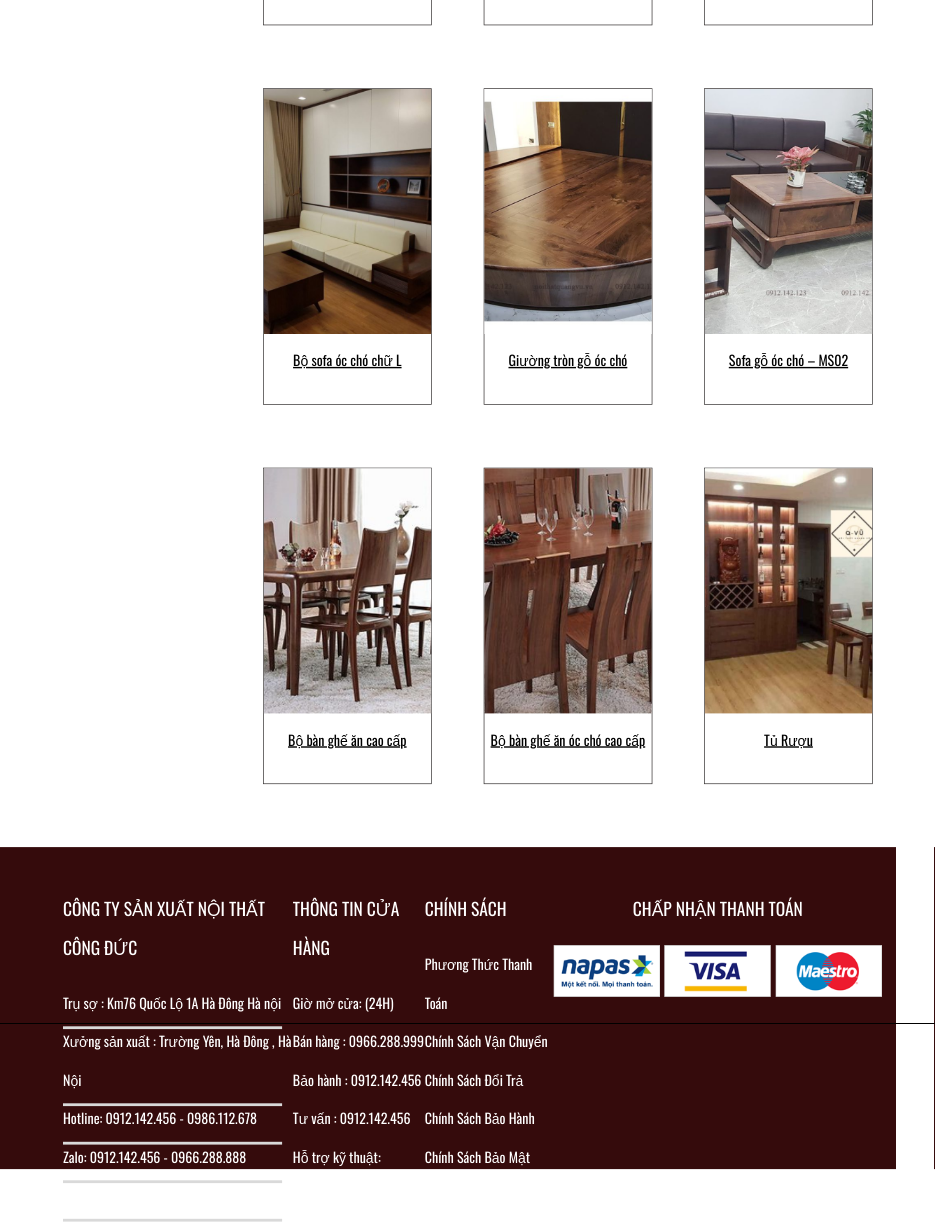
Repository: KHANHD192/FigmaTo-HTML
Page: APP-SHOP/ctdtc.html
An editor plug-in stored every save of this project. The page is shown before and after the next save, followed by the edit.
The browser window is 1280 px wide. The page is 1335 px wide, so the pictures cover 1335 px, including what lies to the right of the window. The pictures show the part of the page from y = 1443 to 3283 px (the page is 3188 px tall before and 3283 px after), at 70% of full size.

Above is the page before, as saved 2022-11-22 01:15:58.

### APP-SHOP/ctdtc.html
<!DOCTYPE html>
<html lang="en">
<head>
    <meta charset="UTF-8">
    <meta http-equiv="X-UA-Compatible" content="IE=edge">
    <meta name="viewport" content="width=device-width, initial-scale=1.0">
    <title>Công trình đã thi công</title>
    <link rel="stylesheet" href="https://cdnjs.cloudflare.com/ajax/libs/normalize/8.0.1/normalize.min.css" integrity="sha512-NhSC1YmyruXifcj/KFRWoC561YpHpc5Jtzgvbuzx5VozKpWvQ+4nXhPdFgmx8xqexRcpAglTj9sIBWINXa8x5w==" crossorigin="anonymous" referrerpolicy="no-referrer" />
    <link rel="stylesheet" href="./asset/Css_main/base.css">
    <link rel="stylesheet" href="./asset/Css_main/main.css">
    <link rel="preconnect" href="https://fonts.googleapis.com">
     <link rel="preconnect" href="https://fonts.gstatic.com" crossorigin>
     <style>
        html{
            font-family: 'Oswald', sans-serif;
        }
        .header__background{
       height: 300px;
       position:relative;
         }
         .header__background-heading{
            position:absolute;
            font-size: 40px;
            line-height: 74.1px;
            color: white;
            top:30%;
            left:50%;
            transform: translate(-50%,-50%);
         }
         .app__container1{
            margin-top: 115px;
            display:flex;
         }
         .container__category{
            width:335px;
            height:377px;
            margin-left: 45px;
         }
         .container__category .category__title{
                   font-size: 28px;
         }
         .category__title +p {
            margin:10px 0 10px 0;
            font-size:24px;
         }
         .category__list{
            list-style: none;
            font-size: 20px;
            padding: 0;
         }
         .category__list li{
            margin-bottom: 10px;
         }
         .container__content{
            margin-right: -55px;
         }
         .container__content .collect1 .list__item li {
            margin-bottom : 80px;
         }
     </style>
</head>
<body>
    <div class="app">
        <header class="app__header">
            <div class="header__nav-bar">
               <ul class="nav-bar__item">
                   <li>
                       <a href="./index.html" class="nav-bar__item-link">Trang chủ</a>
                   </li>
                   <li>
                       <a href="#" class="nav-bar__item-link">Sản phẩm</a>
                   </li>
                   <li>
                       <a href="./ctdtc.html" class="nav-bar__item-link">Công trình đã thi công</a>
                   </li>
                   <li>
                       <a href="./tintuc.html" class="nav-bar__item-link">Tin tức</a>
                   </li>
               </ul>
               <ul class="nav-bar__icon">
                   <li>
                       <img src="./asset/IMG/image 3.png" alt="" class="logo">
                   </li>
                   <li>
                       <img src="./asset/IMG/image 2.png" alt="" class="logo">
                   </li>
               </ul>
            </div>
            <div class="header__background">
                <h1 class="header__background-heading">CÔNG TRÌNH ĐÃ THI CÔNG</h1>
                <img src="./asset/IMG/duy-vo-o1NR2qetaG0-unsplash.jpg" alt="background">
            </div>
         </header>
         <div class="app__container1">
            <div class="container__category">
                   <h2 class="category__title">DANH MỤC SẢN PHẨM </h2>
                    <p class=" address__item">Công trình đã thi công</p>
                    <ul class="category__list">
                        <li class="item__list address__item">
                            Kệ óc chó
                        </li>
                        <li class="item__list address__item">
                            Phòng bếp
                        </li>
                        <li class="item__list address__item">
                            Phòng khách
                        </li>
                        <li class="item__list address__item">
                            Phòng ngủ
                        </li>
                    </ul>
            </div>
            <div class="container__content">
                <div class="collect1">
                    <ul class="list__item">
                        <li>
                            <div class="wrap__image">
                                <img src="./asset/IMG/image 5 (17).png" alt="" class="item__image">
                            </div>
                            <a href="https://noithatquangvu.vn/san-pham/giuong-tron/" class="item__image-link">Giường tròn</a>
                        </li>
                        <li>
                              <div class="wrap__image">
                                <img src="./asset/IMG/image 5 (18).png" alt="" class="item__image">
                              </div>
                            <a href="https://noithatquangvu.vn/san-pham/sofa-oc-cho/" class="item__image-link">Sofa óc chó MS11</a>
                        </li>
                        <li>
                             <div class="wrap__image">
                                <img src="./asset/IMG/image 5 (19).png" alt="" class="item__image">
                             </div>
                            <a href="https://noithatquangvu.vn/san-pham/sofa-go-oc-cho-chu-j/" class="item__image-link">Sofa gỗ óc chó chữ J</a>
                        </li>

                    </ul>
                </div>
                <div class="collect1">
                    <ul class="list__item">
                        <li>
                            <div class="wrap__image">
                                <img src="./asset/IMG/image 5 (9).png" alt="" class="item__image">
                            </div>
                            <a href="https://noithatquangvu.vn/san-pham/tu-bep-go-oc-cho/" class="item__image-link">Tủ bếp gỗ óc chó
                            </a>
                        </li>
                        <li>
                              <div class="wrap__image">
                                <img src="./asset/IMG/image 5 (14).png" alt="" class="item__image">
                              </div>
                            <a href="https://noithatquangvu.vn/san-pham/bo-sofa-go-oc-cho-ms10/" class="item__image-link"> Bộ sofa óc chó chữ L
                            </a>
                        </li>
                        <li>
                             <div class="wrap__image">
                                <img src="./asset/IMG/image 5 (15).png" alt="" class="item__image">
                             </div>
                            <a href="https://noithatquangvu.vn/san-pham/giuong-tron-go-oc-cho/" class="item__image-link">Giường tròn gỗ óc chó
                            </a>
                        </li>

                    </ul>
                </div>
                <div class="collect1">
                    <ul class="list__item">
                        <li>
                            <div class="wrap__image">
                              <img src="./asset/IMG/image 5 (14).png" alt="" class="item__image">
                            </div>
                          <a href="https://noithatquangvu.vn/san-pham/bo-sofa-go-oc-cho-ms10/" class="item__image-link"> Bộ sofa óc chó chữ L
                          </a>
                      </li>
                      <li>
                           <div class="wrap__image">
                              <img src="./asset/IMG/image 5 (15).png" alt="" class="item__image">
                           </div>
                          <a href="https://noithatquangvu.vn/san-pham/giuong-tron-go-oc-cho/" class="item__image-link">Giường tròn gỗ óc chó
                          </a>
                      </li>
                      <li>
                         <div class="wrap__image">
                          <img src="./asset/IMG/image 5 (16).png" alt="" class="item__image">
                         </div>
                          <a href="https://noithatquangvu.vn/san-pham/sofa-go-oc-cho-ms02/" class="item__image-link">Sofa gỗ óc chó – MS02

                          </a>
                      </li>

                    </ul>
                </div>
                <div class="collect1">
                    <ul class="list__item">
                        <li>
                            <div class="wrap__image">
                              <img src="./asset/IMG/image 5 (21).png" alt="" class="item__image">
                            </div>
                          <a href="https://noithatquangvu.vn/san-pham/bo-ban-ghe-an-cao-cap/" class="item__image-link"> Bộ bàn ghế ăn cao cấp
                          </a>
                      </li>
                      <li>
                           <div class="wrap__image">
                              <img src="./asset/IMG/image 5 (22).png" alt="" class="item__image">
                           </div>
                          <a href="https://noithatquangvu.vn/san-pham/bo-ban-ghe-an-oc-cho-cao-cap/" class="item__image-link">Bộ bàn ghế ăn óc chó cao cấp
                          </a>
                      </li>
                      <li>
                         <div class="wrap__image">
                          <img src="./asset/IMG/image 5 (23).png" alt="" class="item__image">
                         </div>
                          <a href="https://noithatquangvu.vn/san-pham/tu%cc%89-ruo%cc%a3u/" class="item__image-link">Tủ Rượu

                          </a>
                      </li>

                    </ul>
                </div>
            </div>
         </div>
         <footer class="app__footer">
            <div class="footer__addres">
                <p class="addres__title">CÔNG TY SẢN XUẤT NỘI THẤT CÔNG ĐỨC</p>
                <ul>
                    <li class="address__item" >Trụ sợ : Km76 Quốc Lộ 1A Hà Đông Hà nội</li>
                    <li class="address__item">Xưởng sản xuất : Trường Yên, Hà Đông , Hà Nội</li>
                    <li class="address__item">Hotline: 0912.142.456 - 0986.112.678 </li>
                    <li class="address__item">Zalo: 0912.142.456 - 0966.288.888</li>
                    <li class="address__item">
                        <a href="noithatcongduc.com.vn">Website: noithatcongduc.com.vn</a>
                    </li>
                </ul>
            </div>
            <div class="footer__info">
                <p class="addres__title">THÔNG TIN CỬA HÀNG </p>
                <ul>
                    <li> Giờ mở cửa: (24H)</li>
                    <li>Bán hàng : 0966.288.999</li>
                    <li> Bảo hành : 0912.142.456 </li>
                    <li>Tư vấn : 0912.142.456</li>
                    <li class="info__item">
                        <a href="tel:098.611.2158">Hỗ trợ kỹ thuật: 098.611.2158</a>
                    </li>
                </ul>
            </div>
            <div class="footer__term">
                <p class="addres__title">CHÍNH SÁCH</p>
                <ul>
                    <li>Phương Thức Thanh Toán</li>
                    <li>Chính Sách Vận Chuyển</li>
                    <li>Chính Sách Đổi Trả </li>
                    <li>Chính Sách Bảo Hành</li>
                    <li>
                        Chính Sách Bảo Mật Thông Tin
                    </li>
                </ul>
            </div>
            <div class="footer__payal">
                <p class="addres__title">CHẤP NHẬN THANH TOÁN</p>
                <ul class="payal__item">
                    <li>
                           <img src="./asset/IMG/image 8.png" alt="Phương thức thanh toán">
                    </li>
                </ul>
            </div>
        </footer>
    </div>
</body>
</html>

### APP-SHOP/asset/Css_main/base.css
@import url('https://fonts.googleapis.com/css2?family=Oswald&family=Roboto:wght@100&display=swap');
/* header */
html{
    font-size: 62.5%;
    box-sizing: border-box;
    font-family: 'Oswald', sans-serif;
}
.app{
    max-width: 1800px;
}
.app__header{

}
.header__nav-bar{
      display: flex;
      justify-content: space-between;
      height: 60px;
      background-color: #3C1700;;
}
.nav-bar__item {
    width: 603px;
    height: 30px;
    list-style: none;
    display: flex;
    font-family: 'Oswald', sans-serif;
    font-size: 20px;
    line-height: 29.64px;
    margin-top: 15px;
    margin-bottom: 15px ;
    margin-left: 63px;
}
.nav-bar__item-link{
    text-decoration: none;
    color: #FFFFFF;
    margin-right: 28px;
}
.header__nav-bar:not(:last-child){
    margin-right: 0;
}
.nav-bar__icon{
    list-style: none;
    display: flex;
    margin-top: 15px;
    margin-bottom: 15px ;
    margin-right: 15px;
}
.logo{
    width: 30px;
    height: 30px;
}
.logo:last-child{
    margin-left: 22px;
}
.header__background{
    width:100%;
    height: 420px;
}
.header__background img{
    width: 100%;
    height: 100%;
    object-fit: cover;
}
/* footer */
footer{
    max-width: 1800px;
    height:460px;
    background-color: #350B0C;
    color: #FFFFFF;
}
footer ul{
    list-style: none;
    padding: 0;
    font-size: 20px;
}
.app__footer{
    display:flex;
    justify-content: space-between;
}
.addres__title{
    font-size: 25px;
}
.footer__addres , .footer__info ,.footer__term ,.footer__payal{
    margin-top:35px;
}
.footer__addres{
    max-width: 508px;
    height:375px;
    margin-left:90px;
   line-height: 55px;
}
.address__item{
    position: relative;
}
.address__item::after{
    content: "";
    position: absolute;
    width: 313px;
    height: 4px;
    background-color: #D9D9D9;
    left:0;
    bottom: -10px;
}
.address__item a ,.info__item a {
    text-decoration: none;
    color:#FFFFFF;
}
 .footer__info{
    max-width: 412px;
    height: 356px;
    line-height: 55px;
 }
 .footer__term{
    max-width: 260px;
    height: 356px;
    line-height: 55px;
 }
 .footer__payal{
    line-height: 55px;
    margin-right: 20px;
 }
.footer__payal p {
    text-align: center;
}

### APP-SHOP/asset/Css_main/main.css
.app__container{
 max-width: 1800px;
    height: 3835px;
}
.collect1 h2{
    width: 285px;
    height: 42px;
    font-family: 'Oswald', sans-serif;
    font-weight: 400;
    font-size: 30px;
    line-height: 44.46px;
    color: #000000;
    position: relative;
    margin-top: 61px;
    margin-bottom: 61px;
    margin-left: 72px;
}
.collect1 h2::after{
    content: "";
    position: absolute;
    width: 1365px;
    height: 4px;
    background-color: #D9D9D9;
    left:0;
    bottom: -10px;

}
.collect1 .list__item{
    list-style: none;
    display: flex;
    margin-left:77px;
    margin-right: 88px;
    padding-left: 0;
}
.list__item li {
   max-width: 350px;
    height: 450px;
    border:  1px solid #332F2F;
    margin-right: 74px;
}
.list__item li:last-child{
    margin-right: 0;
}
li .wrap__image{
   max-width: 350px;
    height: 350px;
}
.item__image-link{
    display: block;
    max-width:100%;
    height: 63px;
    font-size: 20px;
    font-weight: 400;
    line-height: 44.46px;
   text-align: center;
   padding-top: 1.5rem;
    color: #000000;
}
li .wrap__image img{
    width: 100%;
    height: 100%;
    object-fit: cover;
}

.project__tiltle p {
    text-align: center;
    margin-top:91px;
    font-size: 50px;
    line-height: 74.1px;
    margin-bottom: 50px;
}
.list__project{
    display:flex;
    list-style: none;
    margin-left:131px;
    margin-right:131px;
    padding-left: 0;
    justify-content: space-between;
}
.list__project-item{
    max-width: 700px;
    height: 560px;
    border:  1px solid #332F2F;
}
.enfold__image{
    max-width: 700px;
    height: 400px;
}
.enfold__image img {
    width: 100%;
    height: 100%;
}
.item__project-link{
    display: block;
    max-width:100%;
    height: 63px;
    font-size: 30px;
    font-weight: 400;
    line-height: 44.46px;
   text-align: center;
   padding-top: 5rem;
    color:#6C271E;
}
.list__project-item:first-child{
    margin-right: 148px;
}
.collect1 p {
    text-align: center;
    margin-top:91px;
    font-size: 50px;
    line-height: 74.1px;
    margin-bottom: 50px;
}
.detail2{
    margin-top: 80px;
}

After the next save:
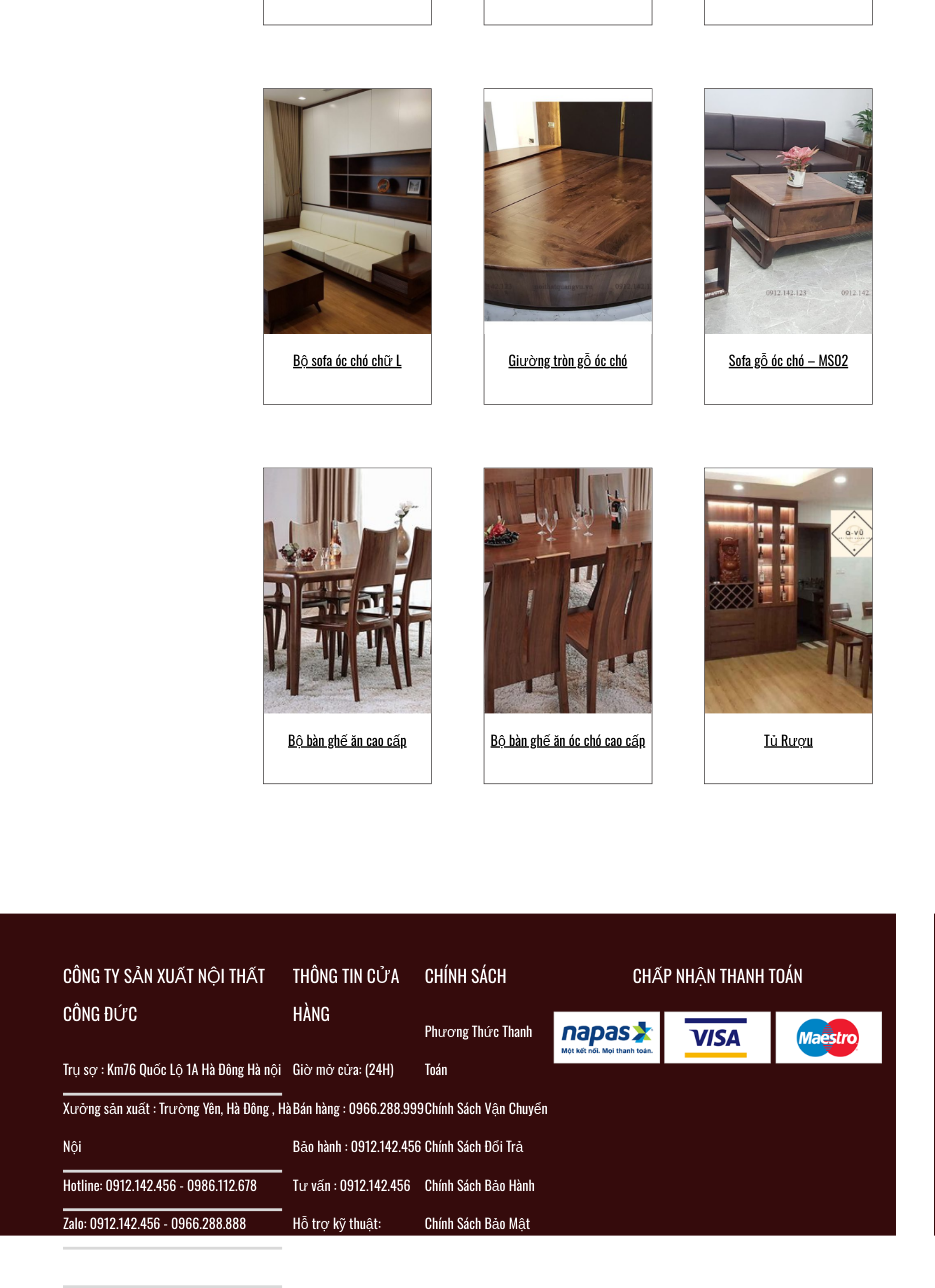
Saved 2 min 19 s later.
--- a/APP-SHOP/ctdtc.html
+++ b/APP-SHOP/ctdtc.html
@@ -53,6 +53,7 @@
          }
          .container__content{
             margin-right: -55px;
+            margin-bottom: 95px;
          }
          .container__content .collect1 .list__item li {
             margin-bottom : 80px;
